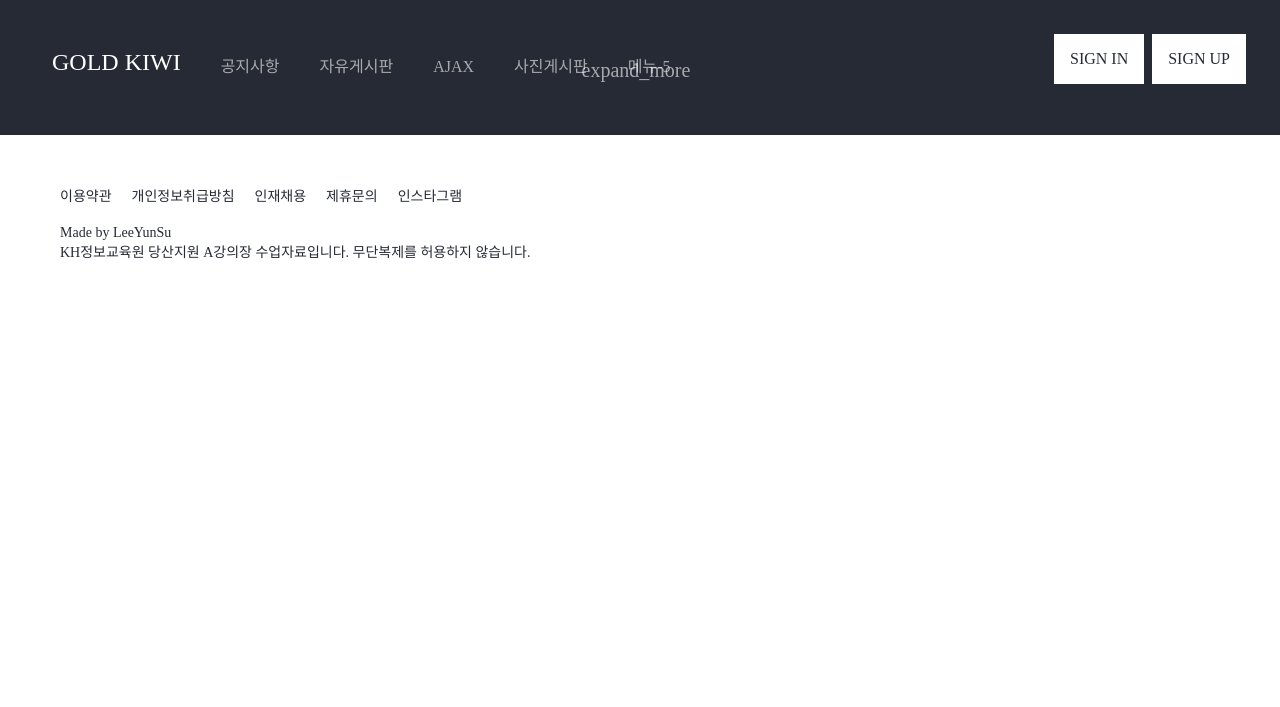
Repository: RiboKim/web-workspace
Page: http://localhost/07_mvc2WebProject/photoWriteFrm.do
These files come from the project's save history. The page is drawn as it stood at one moment and after the next save; the edit follows.
The browser window is 1280 px wide. The pictures show the whole page.
Some web fonts or font styles are not loaded; a fallback is used. The page is served by Tomcat 9. Other server files are loaded and not shown.

Above is the page before, as saved 2023-02-21 06:38:40.

### 07_mvc2WebProject/src/main/webapp/WEB-INF/views/photo/photoWriteFrm.jsp
<%@ page language="java" contentType="text/html; charset=UTF-8"
    pageEncoding="UTF-8"%>
<!DOCTYPE html>
<html>
<head>
<meta charset="UTF-8">
<title>Insert title here</title>
</head>
<body>
	<%@include file = "/WEB-INF/views/common/header.jsp" %>

	<%@include file = "/WEB-INF/views/common/footer.jsp" %>
</body>
</html>

### 07_mvc2WebProject/src/main/webapp/WEB-INF/views/common/header.jsp
<%@page import="kr.or.iei.member.model.vo.Member"%>
<%@ page language="java" contentType="text/html; charset=UTF-8"
    pageEncoding="UTF-8"%>
    <%
    	Member m = (Member)session.getAttribute("m");
    %>

	<!-- 구글 아이콘 -->
    <link href="https://fonts.googleapis.com/icon?family=Material+Icons" rel="stylesheet">
    <!-- jquery -->
    <script src="/js/jquery-3.6.0.js"></script>
    <!-- 기본 CSS -->
    <link rel="stylesheet" href="/css/default.css" />
    <!-- 기본 js -->
    <script src="/js/default.js"></script>

    <header>
      <div class="site-logo">
        <a href="/">GOLD KIWI</a>
      </div>
      <nav>
        <ul class="navi">
          <li><a href="/noticeList.do?requestPage=1">공지사항</a></li>
          <li><a href="/boardList.do">자유게시판</a></li>
          <li><a href="/ajax.do">AJAX</a></li>
          <li><a href="/photoList.do">사진게시판</a></li>
          <li>
			<a href="#">메뉴-5</a>
            <ul class="sub-navi">
              <li><a href="#">sub-1</a></li>
              <li><a href="#">sub-2</a></li>
              <li><a href="#">sub-3</a></li>
            </ul>
           </li>
        </ul>
      </nav>
      <div class="header-link">
      <%if(m == null){ %>
        <button class="btn bc11 modal-open-btn" target="#login-modal">SIGN IN</button>
        <a class="btn bc11" href="/signupFrm.do">SIGN UP</a>
      <%}else{ %>
      <%--<a class="btn bc11" href="/mypage1.do"><%=m.getMemberName() %></a> --%>
      <%--memberId를 mypage2.do로 넘겨주는거 --%>
      <a class="btn bc11" href="/mypage2.do?memberId=<%=m.getMemberId() %>"><%=m.getMemberName() %></a>

      <a class="btn bc11" href="/logout.do">LOGOUT</a>
      <%} %>
      </div>
    </header>
    <%if(m == null) {%>
    <div id="login-modal" class="modal-bg">
      <div class="modal-wrap">
        <div class="modal-head">
          <h2>SIGN IN</h2>
          <span class="material-icons close-icon modal-close">close</span>
        </div>
        <form action="/signin.do" method="post">
        <div class="modal-content">
          <div class="input-box">
          	<label for="signId">아이디</label>
          	<input type="text" name="signId" id="signId" class="input-form" placeholder="아이디입력">
          </div>
          <div class="input-box">
          	<label for="signPw">비밀번호</label>
          	<input type="password" name="signPw" id="signPw" class="input-form" placeholder="비밀번호입력">
          </div>
          <div class="input-box link-box">
          	<a href="#">아이디/비밀번호 찾기</a>
          </div>
        </div>
        <div class="modal-foot">
          <button type="submit" class="btn bc11">로그인</button>
          <button type="button" class="btn bc1 modal-close">취소</button>
        </div>
        </form>
      </div>
    </div>
    <%}%>

### 07_mvc2WebProject/src/main/webapp/WEB-INF/views/common/footer.jsp
<%@ page language="java" contentType="text/html; charset=UTF-8"
    pageEncoding="UTF-8"%>
	<footer>
      <div class="footer-content">
        <ul>
          <li><a href="#">이용약관</a></li>
          <li><a href="#">개인정보취급방침</a></li>
          <li><a href="#">인재채용</a></li>
          <li><a href="#">제휴문의</a></li>
          <li><a href="#">인스타그램</a></li>
        </ul>
        <p>Made by LeeYunSu</p>
        <p>
          KH정보교육원 당산지원 A강의장 수업자료입니다. 무단복제를 허용하지
          않습니다.
        </p>
      </div>
    </footer>

### 07_mvc2WebProject/src/main/java/kr/or/iei/photo/controller/PhotoWriteFrmServlet.java
package kr.or.iei.photo.controller;

import java.io.IOException;

import javax.servlet.RequestDispatcher;
import javax.servlet.ServletException;
import javax.servlet.annotation.WebServlet;
import javax.servlet.http.HttpServlet;
import javax.servlet.http.HttpServletRequest;
import javax.servlet.http.HttpServletResponse;

/**
 * Servlet implementation class PhotoWriteFrmServlet
 */
@WebServlet(name = "PhotoWriteFrm", urlPatterns = { "/photoWriteFrm.do" })
public class PhotoWriteFrmServlet extends HttpServlet {
	private static final long serialVersionUID = 1L;

    /**
     * @see HttpServlet#HttpServlet()
     */
    public PhotoWriteFrmServlet() {
        super();
        // TODO Auto-generated constructor stub
    }

	/**
	 * @see HttpServlet#doGet(HttpServletRequest request, HttpServletResponse response)
	 */
	protected void doGet(HttpServletRequest request, HttpServletResponse response) throws ServletException, IOException {
		//1. 인코딩
		request.setCharacterEncoding("utf-8");
		//2. 값추출
		//3. 비즈니스로직
		//4. 결과처리
		RequestDispatcher view = request.getRequestDispatcher("/WEB-INF/views/photo/photoWriteFrm.jsp");
		view.forward(request, response);
	}

	/**
	 * @see HttpServlet#doPost(HttpServletRequest request, HttpServletResponse response)
	 */
	protected void doPost(HttpServletRequest request, HttpServletResponse response) throws ServletException, IOException {
		// TODO Auto-generated method stub
		doGet(request, response);
	}

}

### 07_mvc2WebProject/src/main/webapp/css/default.css
/* 사용할 font 선언 */
@font-face {
  font-family: ns-thin;
  src: url(../font/NotoSansKR-Thin.otf);
}
@font-face {
  font-family: ns-light;
  src: url(../font/NotoSansKR-Light.otf);
}
@font-face {
  font-family: ns-m;
  src: url(../font/NotoSansKR-Medium.otf);
}
@font-face {
  font-family: ns-bold;
  src: url(../font/NotoSansKR-Bold.otf);
}
@font-face {
  font-family: ns-black;
  src: url(../font/NotoSansKR-Black.otf);
}
/*
    사이트 사용 색상
    balck : #252A34
    darkgray : #393E46
    lightgray : #EEEEEE
    dark-mint : #00ADB5
    mint : #08D9D6
    point-red : #FF2E63
    point-pink : #F85F73
    point-violet : #892CDC
*/
/* 전체태그 기본 margin, padding 제거 */
/* 기본 글씨 색 및 폰트 설정 */

* {
  margin: 0;
  padding: 0;
  color: #252a34;
  font-family: ns-m;
}
body {
  display: flex;
  flex-direction: column;
  min-height: 100vh;
}
/* 기본화면 레이아웃 */
a {
  text-decoration: none;
}
header {
  background-color: #252a34;
  padding: 32px;
  display: flex;
  min-width: 1200px;
}
header > *:not(.header-link) {
  float: left;
}
header > .site-logo {
  padding: 0px 20px;
}
header > .site-logo > a {
  color: #fff;
  font-family: ns-bold;
  font-size: 24px;
  line-height: 60px;
}
header > nav {
  flex-grow: 1;
}

header > nav > .navi {
  list-style-type: none;
}
header > nav > .navi > li {
  float: left;
  position: relative;
}
header > nav > .navi > li > a {
  display: block;
  color: rgba(255, 255, 255, 0.6);
  padding: 5px 20px;
  transition-duration: 0.5s;
  line-height: 60px;
}
header > nav > .navi > li:hover > a,
header > nav > .navi > li:hover > a + span {
  color: rgba(255, 255, 255, 1);
}
header > nav > .navi > li:hover > .sub-navi {
  display : block;
}
header > nav .sub-navi {
  position: absolute;
  background-color: #fff;
  list-style-type: none;
  display: none;
  border: 1px solid rgba(0, 0, 0, 0.2);
  left: 10px;
  min-width: 10rem;
}
header > nav .sub-navi > li {
  padding: 0.25rem 1rem;
}
header > nav .sub-navi > li > a {
  display: block;
}
header > nav .sub-navi > li:hover {
  background-color: rgba(0, 0, 0, 0.05);
}
.material-icons.dropdown {
  font-size: 20px;
  color: rgba(255, 255, 255, 0.6);
  position: absolute;
  right: 0px;
  top: 27px;
  transition-duration: 0.5s;
}
.material-icons.dropdown:hover {
  cursor: pointer;
}
.page-content {
  width: 1200px;
  margin: 30px auto;
  margin-bottom: 10px;
  flex-grow: 1;
}
.page-title {
  font-family: ns-bold;
  padding: 20px 0px;
  font-size: 1.5rem;
}
footer {
  padding: 50px;
  border-top: 1px solid #252a34;
}
footer > .footer-content {
  width: 1200px;
  margin: 0 auto;
  padding: 0px 10px;
}
footer > .footer-content * {
  font-size: 14px;
}
footer > .footer-content > ul {
  list-style-type: none;
  overflow: hidden;
  margin-bottom: 20px;
}
footer > .footer-content > ul > li {
  float: left;
}
footer > .footer-content > ul > li > a {
  padding-right: 20px;
}

/* font 클래스*/
.f-thin {
  font-family: ns-thin;
}
.f-light {
  font-family: ns-light;
}
.f-medium {
  font-family: ns-m;
}
.f-bold {
  font-family: ns-bold;
}
.f-black {
  font-family: ns-black;
}

/* 글씨 색 */
.fc-1 {
  color: #252a34;
}
.fc-2 {
  color: #393e46;
}
.fc-3 {
  color: #eeeeee;
}
.fc-4 {
  color: #00adb5;
}
.fc-5 {
  color: #08d9d6;
}
.fc-6 {
  color: #ff2e63;
}
.fc-7 {
  color: #f85f73;
}
.fc-8 {
  color: #892cdc;
}

/* 배경 색*/
.bg-1 {
  background-color: #252a34;
}
.bg-2 {
  background-color: #393e46;
}
.bg-3 {
  background-color: #eeeeee;
}
.bg-4 {
  background-color: #00adb5;
}
.bg-5 {
  background-color: #08d9d6;
}
.bg-6 {
  background-color: #ff2e63;
}
.bg-7 {
  background-color: #f85f73;
}
.bg-8 {
  background-color: #892cdc;
}

/* 테이블 디자인 */
.tbl {
  width: 100%;
  border-spacing: 0px;
  border-collapse: collapse;
}
.tbl th,
.tbl td {
  padding: 1rem;
  text-align: center;
}
.tbl .tr-1 {
  background-color: rgba(255, 255, 255, 1);
}
.tbl .tr-2 {
  background-color: rgba(57, 62, 70, 0.1);
}
.tbl .tr-3 {
  background-color: rgba(0, 173, 181, 0.1);
}
.tbl .tr-4 {
  background-color: rgba(137, 44, 220, 0.1);
}
.tbl .tr-5 {
  background-color: rgba(255, 46, 999, 0.1);
}
.tbl .td-1 {
  background-color: rgba(255, 255, 255, 1);
}
.tbl .td-2 {
  background-color: rgba(57, 62, 70, 0.1);
}
.tbl .td-3 {
  background-color: rgba(0, 173, 181, 0.1);
}
.tbl .td-4 {
  background-color: rgba(137, 44, 220, 0.1);
}
.tbl .td-5 {
  background-color: rgba(255, 46, 999, 0.1);
}
.tbl.tbl-hover .tr-1:hover {
  background-color: rgba(0, 0, 0, 0.05);
}
.tbl.tbl-hover .tr-2:hover {
  background-color: rgba(57, 62, 70, 0.15);
}
.tbl.tbl-hover .tr-3:hover {
  background-color: rgba(0, 173, 181, 0.15);
}
.tbl.tbl-hover .tr-4:hover {
  background-color: rgba(137, 44, 220, 0.15);
}
.tbl.tbl-hover .tr-5:hover {
  background-color: rgba(255, 46, 999, 0.15);
}

/* 버튼 디자인 */
.btn {
  border: none;
  padding: 1rem;
  display: inline-block;
  box-sizing: border-box;
  transition-duration: 0.5s;
  font-size: 16px;
  font-family: ns-light;
}
.bc1 {
  background-color: rgba(37, 42, 52, 0.9);
  color: #fff;
  border: 2px solid rgba(37, 42, 52, 0.9);
}
.bc1:hover {
  background-color: rgba(37, 42, 52, 1);
  cursor: pointer;
}
.bc2 {
  background-color: rgba(57, 62, 70, 0.9);
  color: #fff;
  border: 2px solid rgba(57, 62, 70, 0.9);
}
.bc2:hover {
  background-color: rgba(57, 62, 70, 1);
  cursor: pointer;
}
.bc3 {
  background-color: rgba(238, 238, 238, 0.9);
  color: #252a34;
  border: 2px solid rgba(238, 238, 238, 0.9);
}
.bc3:hover {
  background-color: rgba(238, 238, 238, 1);
  cursor: pointer;
}
.bc4 {
  background-color: rgba(0, 173, 181, 0.9);
  color: #fff;
  border: 2px solid rgba(0, 173, 181, 0.9);
}
.bc4:hover {
  background-color: rgba(0, 173, 181, 1);
  cursor: pointer;
}
.bc5 {
  background-color: rgba(8, 217, 214, 0.9);
  color: #fff;
  border: 2px solid rgba(8, 217, 214, 0.9);
}
.bc5:hover {
  background-color: rgba(8, 217, 214, 1);
  cursor: pointer;
}
.bc6 {
  background-color: rgba(255, 46, 99, 0.9);
  color: #fff;
  border: 2px solid rgba(255, 46, 99, 0.9);
}
.bc6:hover {
  background-color: rgba(255, 46, 99, 1);
  cursor: pointer;
}
.bc7 {
  background-color: rgba(248, 95, 115, 0.9);
  color: #fff;
  border: 2px solid rgba(248, 95, 115, 0.9);
}
.bc7:hover {
  background-color: rgba(248, 95, 115, 1);
  cursor: pointer;
}
.bc8 {
  background-color: rgba(137, 44, 220, 0.9);
  color: #fff;
  border: 2px solid rgba(137, 44, 220, 0.9);
}
.bc8:hover {
  background-color: rgba(137, 44, 220, 1);
  cursor: pointer;
}
.bc11 {
  color: rgba(37, 42, 52, 1);
  background-color: #fff;
  border: 2px solid rgba(37, 42, 52, 1);
}
.bc11:hover {
  background-color: rgba(37, 42, 52, 1);
  cursor: pointer;
  color: #fff;
}
.bc22 {
  color: rgba(57, 62, 70, 1);
  background-color: #fff;
  border: 2px solid rgba(57, 62, 70, 1);
}
.bc22:hover {
  background-color: rgba(57, 62, 70, 1);
  cursor: pointer;
  color: #fff;
}
.bc33 {
  color: rgba(37, 42, 52, 1);
  background-color: #fff;
  border: 2px solid rgba(238, 238, 238, 1);
}
.bc33:hover {
  background-color: rgba(238, 238, 238, 1);
  cursor: pointer;
  color: rgba(37, 42, 52, 1);
}
.bc44 {
  color: rgba(0, 173, 181, 1);
  background-color: #fff;
  border: 2px solid rgba(0, 173, 181, 1);
}
.bc44:hover {
  background-color: rgba(0, 173, 181, 1);
  color: #fff;
  cursor: pointer;
}
.bc55 {
  color: rgba(8, 217, 214, 1);
  background-color: #fff;
  border: 2px solid rgba(8, 217, 214, 1);
}
.bc55:hover {
  background-color: rgba(8, 217, 214, 1);
  color: #fff;
  cursor: pointer;
}
.bc66 {
  color: rgba(255, 46, 99, 1);
  background-color: #fff;
  border: 2px solid rgba(255, 46, 99, 1);
}
.bc66:hover {
  background-color: rgba(255, 46, 99, 1);
  color: #fff;
  cursor: pointer;
}
.bc77 {
  color: rgba(248, 95, 115, 1);
  background-color: #fff;
  border: 2px solid rgba(248, 95, 115, 1);
}
.bc77:hover {
  background-color: rgba(248, 95, 115, 1);
  color: #fff;
  cursor: pointer;
}
.bc88 {
  color: rgba(137, 44, 220, 1);
  background-color: #fff;
  border: 2px solid rgba(137, 44, 220, 1);
}
.bc88:hover {
  background-color: rgba(137, 44, 220, 1);
  color: #fff;
  cursor: pointer;
}
.bs1 {
  padding: 1rem;
}
.bs2 {
  padding: 1.5rem;
  font-size: 1.1em;
}
.bs3 {
  padding: 2rem;
  font-size: 1.2em;
}
.bs4 {
  width: 100%;
  padding: 2rem;
  font-size: 1.2em;
}
/* input 디자인 */
.input-form {
  width: 100%;
  display: block;
  padding: 0.8rem;
  background-color: #fff;
  outline: none;
  border: 1px solid #ccc;

  box-sizing: border-box;
}
.input-form:focus {
  box-shadow: 0 0 0 0.1rem #eee;
}

textarea.input-form {
  resize: none;
  min-height: 300px;
}
.input-form:read-only:not(select),
.input-form:disabled {
  background-color: #f7f7f9;
}
/* 페이징 디자인 */
.pagination {
  list-style-type: none;
  display: flex;
  justify-content: center;
  align-items: center;
}
.pagination > li {
  width: 40px;
  height: 40px;
  text-align: center;
  line-height: 40px;
  overflow: hidden;
}
.pagination.circle-style > li {
  border-radius: 50%;
}
.pagination > li > a.page-item {
  display: block;
  width: 100%;
  height: 100%;
  font-size: 18px;
}
.pagination > li > a.page-item > span.material-icons {
  display: block;
  width: 100%;
  height: 100%;
  line-height: 40px;
}
.pagination .page-item.active-page {
  background-color: #252a34;
  color: #fff;
}
/*게시물 표현*/
.posting-wrap {
  display: flex;
  flex-wrap: wrap;
}
.posting-wrap .posting-item {
  box-sizing: border-box;
  width: calc(100% / 5);
  padding: 20px;
}
.posting-wrap .posting-item .posting-img img {
  width: 100%;
  height: 200px;
}
.posting-wrap .posting-item .posting-content {
  width: 80%;
  margin: 0 auto;
}
.posting-wrap .posting-item:hover {
  box-shadow: 0 2px 10px 0 rgba(0, 0, 0, 0.2);
}
/* 댓글 */
.posting-comment {
  display: flex;
  border-top: 2px solid #ccc;

  list-style-type: none;
}
.posting-comment > li {
  box-sizing: border-box;
}
.posting-comment > li:first-child {
  width: 15%;
  display: flex;
  justify-content: center;
  align-items: center;
  min-height: 100px;
  border-right: 1px solid #ccc;
}
.posting-comment.reply > li:first-child {
  width: 20%;
}
.posting-comment > li:first-child .material-icons {
  font-size: 80px;
  color: #ccc;
}
.posting-comment.reply > li:first-child .material-icons:first-child {
  font-size: 40px;
  color: #ccc;
}
.posting-comment.reply > li:last-child {
  display: flex;
  flex-direction: column;
  width: 80%;
}
.posting-comment > li:last-child {
  display: flex;
  flex-direction: column;
  width: 85%;
}
.posting-comment > li:last-child > p {
  width: 100%;
  padding: 5px;
  box-sizing: border-box;
}
.posting-comment > li:last-child > .comment-info > span {
  padding: 0px 10px;
}
.posting-comment > li:last-child > .comment-info > span:not(:last-child) {
  border-right: 2px solid #ccc;
}
.posting-comment > li:last-child > .comment-content {
  padding: 0px 15px;
}
.posting-comment > li:last-child > .comment-link {
  text-align: right;
}
.posting-comment > li:last-child > .comment-link > a {
  margin: 0px 5px;
}
.posting-comment > li:last-child > .comment-link > a:hover {
  text-decoration: underline;
}

/*모달*/
.modal-bg {
  background-color: rgba(0, 0, 0, 0.3);
  position: fixed;
  width: 100%;
  height: 100vh;
  display: none;
  align-items: center;
  flex-direction: column;
}
.modal-wrap {
  margin-top: 150px;
  width: 600px;
  background: #fff;
  height: auto;
}
.modal-wrap div {
  padding: 1rem;
}
.modal-wrap div:not(:last-child) {
  border-bottom: 1px solid #ccc;
}
.modal-wrap .modal-foot {
  text-align: right;
}
.modal-wrap div.modal-head {
  position: relative;
}
.close-icon {
  position: absolute;
  top: 16px;
  right: 16px;
  font-size: 30px;
}
.close-icon:hover {
  cursor: pointer;
}

### 07_mvc2WebProject/src/main/webapp/js/default.js
$(function () {
  $(document).on("click", ".modal-open-btn", function () {
    $($(this).attr("target")).css("display", "flex");
  });
  $(document).on("click", ".modal-close", function () {
    $(this).parents(".modal-wrap").parent().css("display", "none");
  });
  $(".sub-navi").prev().after("<span class='material-icons dropdown'>expand_more</span>");
});
function alertFunc(icon){
	swal({
        title: '제목',
        text: '내용내용내용',
        icon: icon
      });
      //이후 페이지 이동 시 추가
      /*
      .then(function(){
    	 window.location = "${loc}";
      });
      */
}

Loaded but not shown: 07_mvc2WebProject/src/main/webapp/js/jquery-3.6.0.js (library)

After the next save:
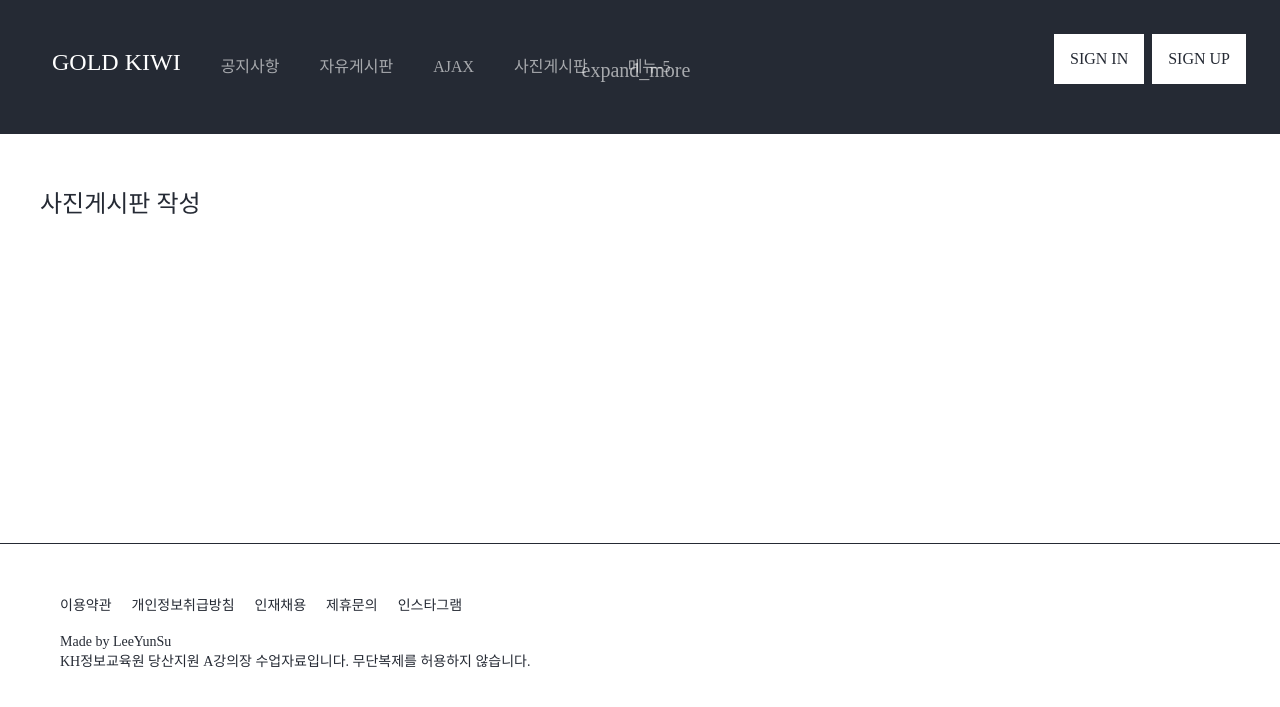
Saved 70 s later.
--- a/07_mvc2WebProject/src/main/webapp/WEB-INF/views/photo/photoWriteFrm.jsp
+++ b/07_mvc2WebProject/src/main/webapp/WEB-INF/views/photo/photoWriteFrm.jsp
@@ -8,6 +8,10 @@
 </head>
 <body>
 	<%@include file = "/WEB-INF/views/common/header.jsp" %>
+	<div class="page-content">
+		<div class="page-title">사진게시판 작성</div>
+	</div>
+
 
 	<%@include file = "/WEB-INF/views/common/footer.jsp" %>
 </body>
